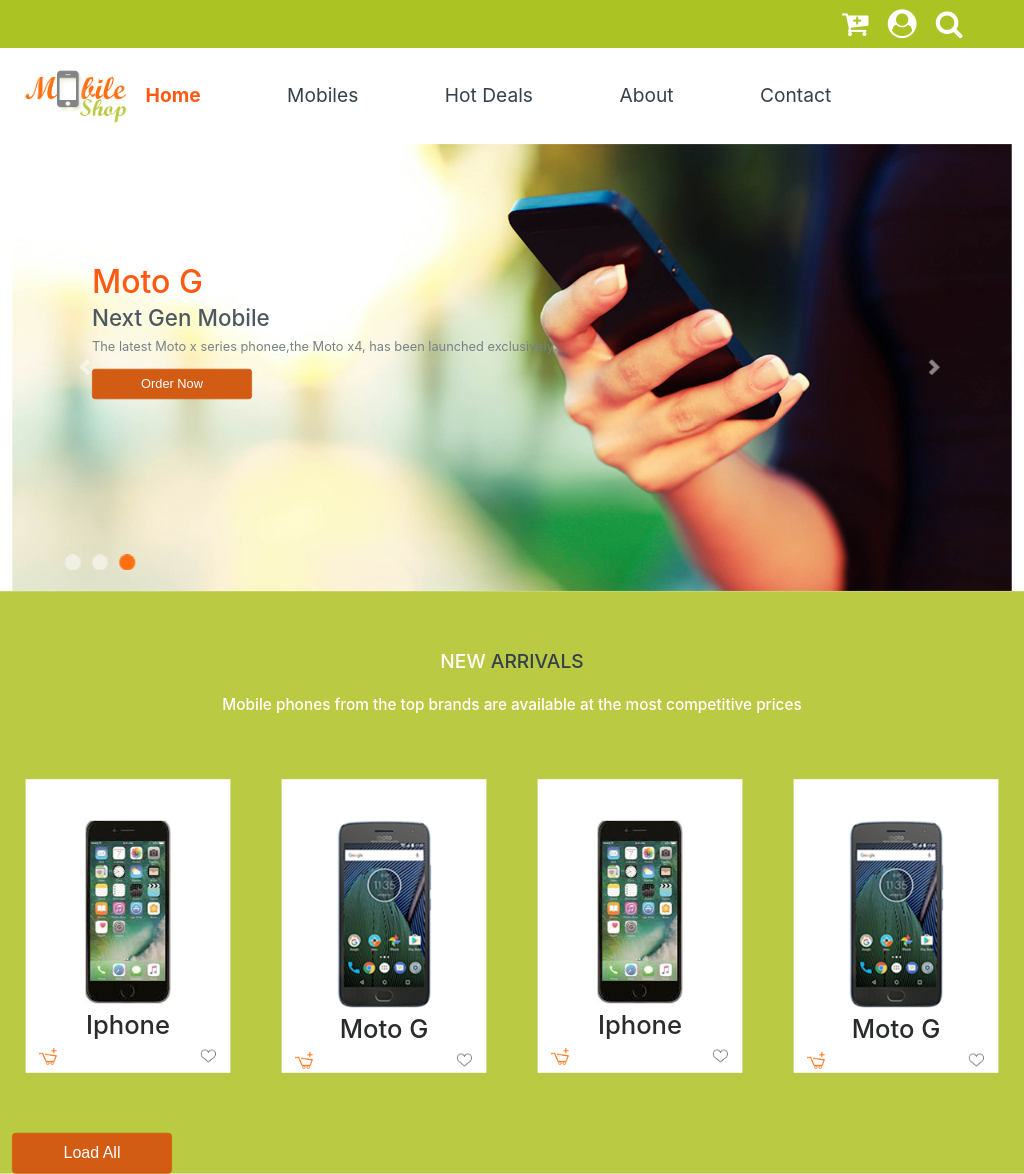
Repository: rajmohanr/mobile
Page: index.html
The author's editor kept a copy of each file at every save. The page is drawn from the files as they stood at one save, then again after the next save.
The browser window is 1280 px wide. The pictures show the whole page, at 80% of full size.

Above is the page before, as saved 2018-04-01 12:17:23.
Console error (its wording comes from the project's code and is left out).

After the next save:
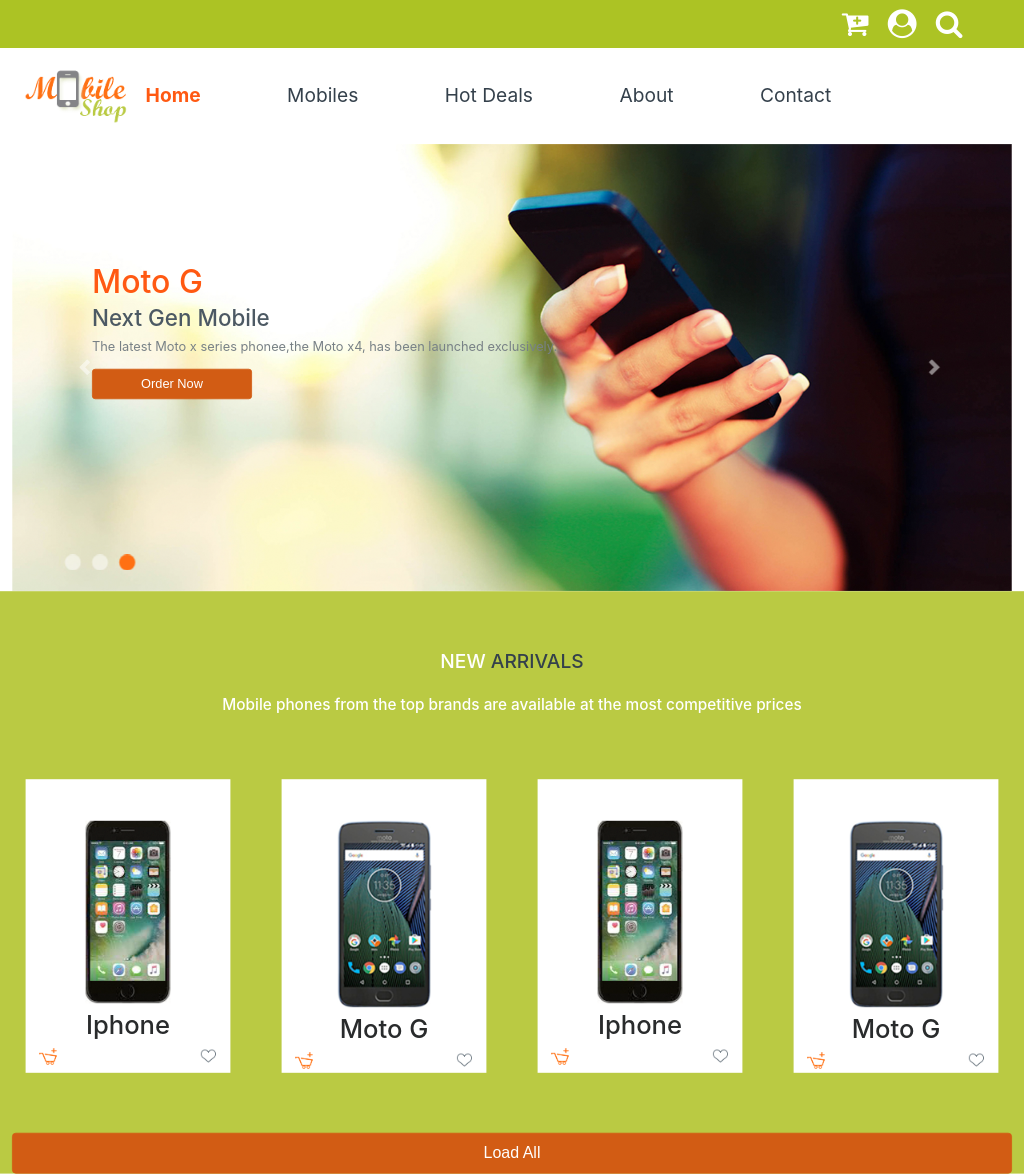
Saved 67 s later.
--- a/css/style.css
+++ b/css/style.css
@@ -141,3 +141,7 @@
 #load-section{
     margin-top: 75px;
 }
+
+#load-section .btn-primary{
+    width: 100%!important;
+}
